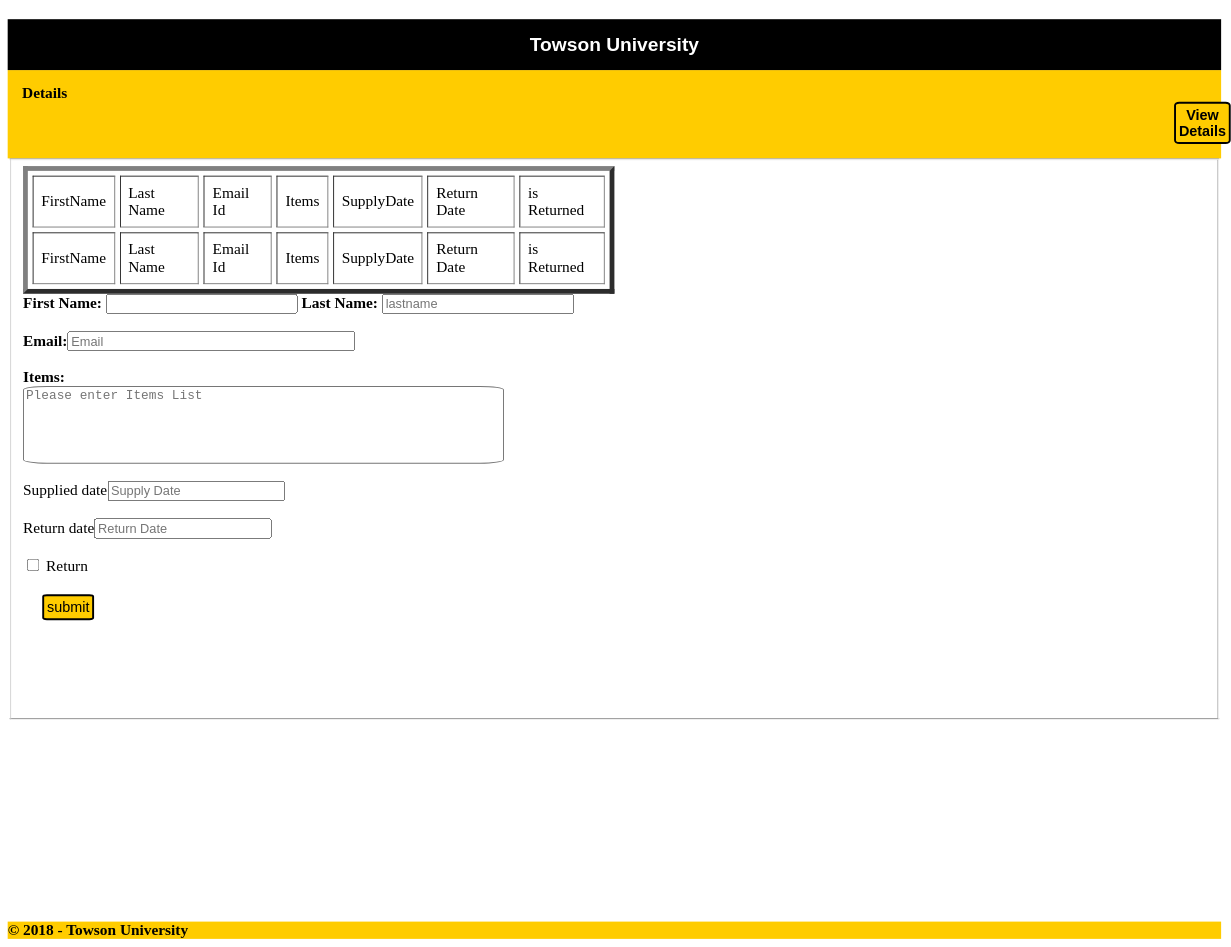
Repository: DatabaseCOSC578/eclipse-workspace11
Page: http://localhost/Supervisor/Supervisorshow.jsp
The author's editor kept a copy of each file at every save. The page is drawn from the files as they stood at one save, then again after the next save.
The browser window is 1280 px wide. The page is 1282 px wide, so the pictures cover 1282 px, including what lies to the right of the window. The pictures show the whole page, at 96% of full size.
The page is served by Tomcat 9. Other server files are loaded and not shown.

Above is the page before, as saved 2018-04-16 03:12:18.

### Supervisor/WebContent/Supervisorshow.jsp
<html>
<head>
    <link href="css/layout1.css" rel="stylesheet">
</head>
<body>
<header><center>Towson University</center></header>
<form name="inputdetails" action="store" method="post" id="form1">
<div><b>Details</b>


<button id ="b1" type="submit" formaction="Supervisorshow.jsp">View Details</button>


</div>
<fieldset>

<TABLE  BORDER="5" colspan="2"  WIDTH="50%"   CELLPADDING="8" CELLSPACING="5">
   <TR>
      <TD>FirstName</TD>
      <TD>Last Name</TD>
      <TD>Email Id</TD>
      <TD>Items</TD>
      <TD>SupplyDate</TD>
      <TD>Return Date</TD>
      <TD>is Returned </TD>
   </TR>

   <TR>
      <TD>FirstName</TD>
      <TD>Last Name</TD>
      <TD>Email Id</TD>
      <TD>Items</TD>
      <TD>SupplyDate</TD>
      <TD>Return Date</TD>
      <TD>is Returned </TD>
   </TR>
</TABLE>









<b>First Name:</b> <input type=text style="width: 200px;" name="fname "> <b>Last Name:</b> <input type=text style="width: 200px;" name="lname " placeholder="lastname"><br><br>
<b>Email:</b><input type=text style="width: 300px; align:center;" name="custname" placeholder="Email "><br><br>
<b>Items:</b></br>
<textarea rows="5" cols="60"  maxlength="260" name="items" placeholder="Please enter Items List">
</textarea> <br><br>

Supplied date<input type=text name="sdate" placeholder="Supply Date" ><br><br>
Return date<input type=text name="rdate" placeholder="Return Date" ><br><br>
<input type="checkbox" name="return" value="1"> Return<br>
<input type=submit value=submit> <br><br><br><br><br>
</fieldset>
</form>
</body>
<footer> &copy 2018 - Towson University</footer>
</html>

### Supervisor/WebContent/css/layout1.css
header {
	position: relative;
	color: #FFFFFF;
	font-family: sans-serif;
	font-size: 20px;
	text-align:left;
	background-color: #000000;
	margin: 20;
	margin-left:0;
	margin-bottom:0;
	margin-right:0;

	padding: 15;
	font-weight:700;
}

div {
	background-color: #fc0;
	margin: 0;
	margin-top:0;
	padding: 15;
}

#fs {
	margin-top: 5;
	border: solid;
}

footer {
	font-weight: 800;
	text-color: solid #000000;
	background-color: #fc0;
	margin-top: 210;
}
textarea{
	resize:none;
	border-radius:5%;
}
input[type="submit"] {
	align:center;
	margin: 20px;
	background-color: #fc0;
	padding: 3;
	text-align:center;
	text-weight: 700;
	border: solid 2px;
	font-size: 15;
	border-radius: 9%;
}
input[type="submit"]:hover {
	cursor:pointer;
}

#abc{
align:center;
margin-left:800;
}

#b1 {
		align:center;
	margin-left: 1200;
	background-color: #fc0;
	padding: 3;
	text-align:center;
	text-weight: 700;
	border: solid 2px;
	font-size: 15;
	font-weight:700;
	border-radius: 9%;
	position:relative;
}

#b1:hover {
	cursor:pointer;
}

After the next save:
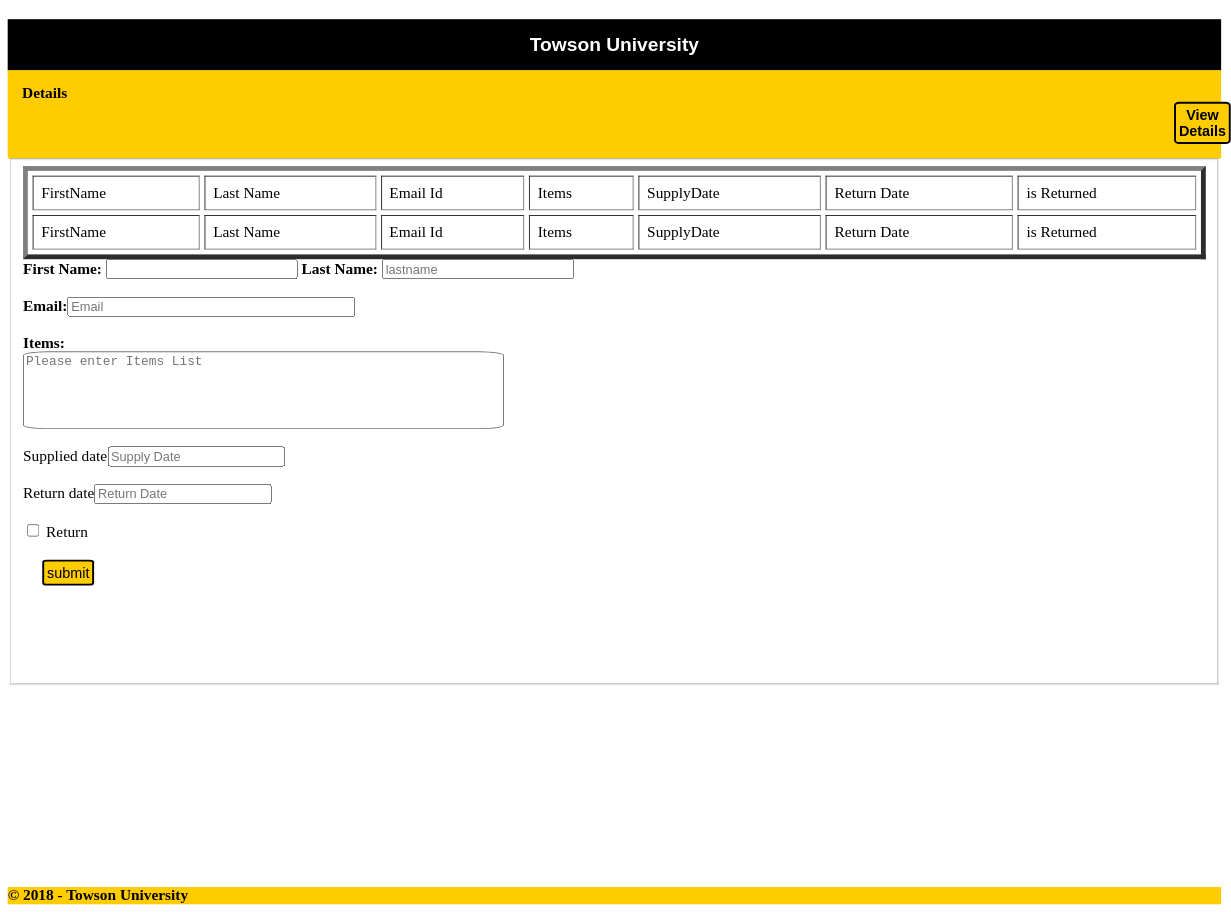
Saved 36 s later.
--- a/Supervisor/WebContent/Supervisorshow.jsp
+++ b/Supervisor/WebContent/Supervisorshow.jsp
@@ -14,7 +14,7 @@
 </div>
 <fieldset>
 
-<TABLE  BORDER="5" colspan="2"  WIDTH="50%"   CELLPADDING="8" CELLSPACING="5">
+<TABLE  BORDER="5" colspan="2"  WIDTH="100%"   CELLPADDING="8" CELLSPACING="5">
    <TR>
       <TD>FirstName</TD>
       <TD>Last Name</TD>
